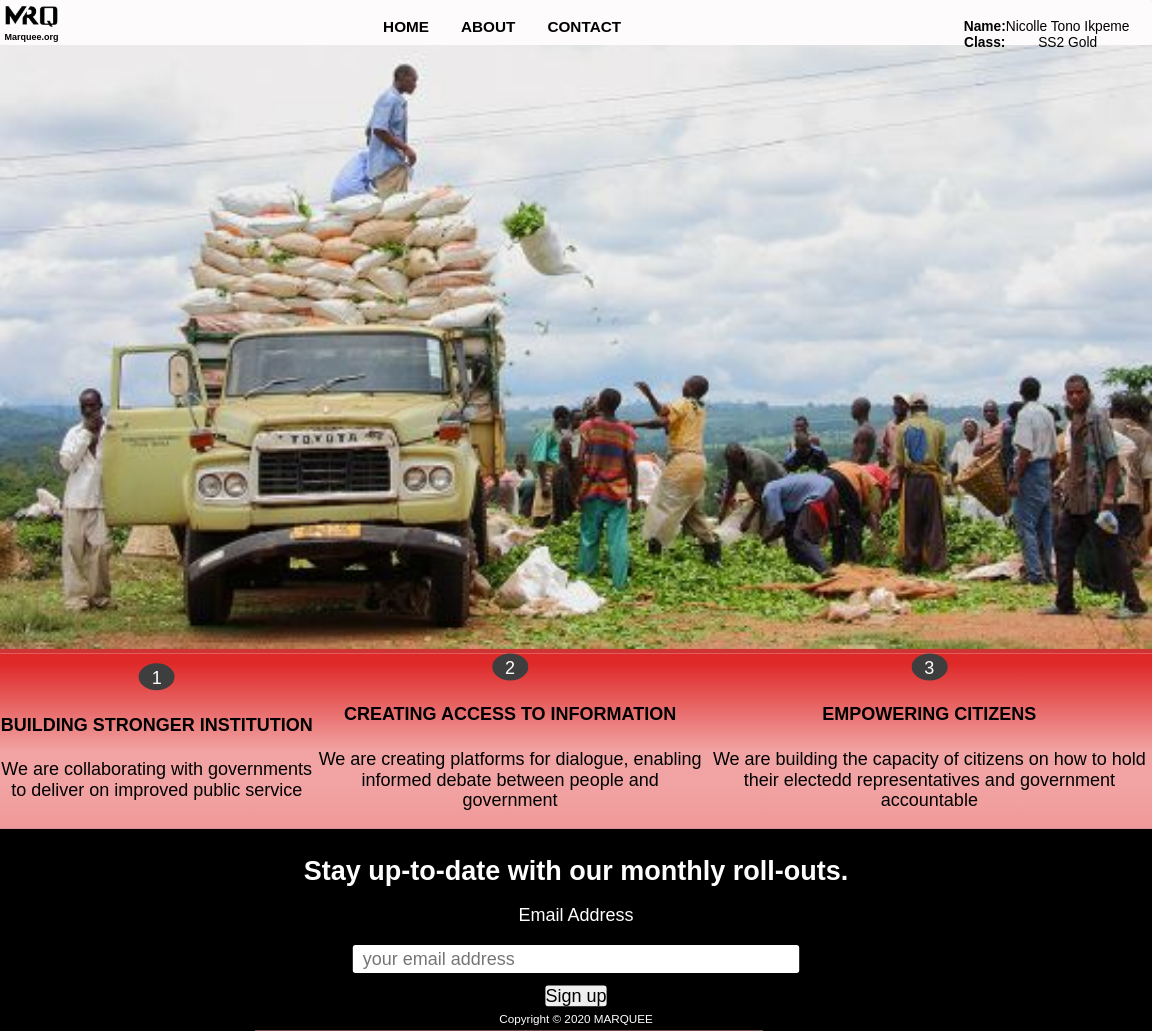
Repository: pboi18/Marquee.org
Page: home.html
An editor plug-in stored every save of this project. The page is shown before and after the next save, followed by the edit.
The browser window is 1280 px wide. The pictures show the whole page, at 90% of full size.

Above is the page before, as saved 2020-07-11 23:21:29.

After the next save:
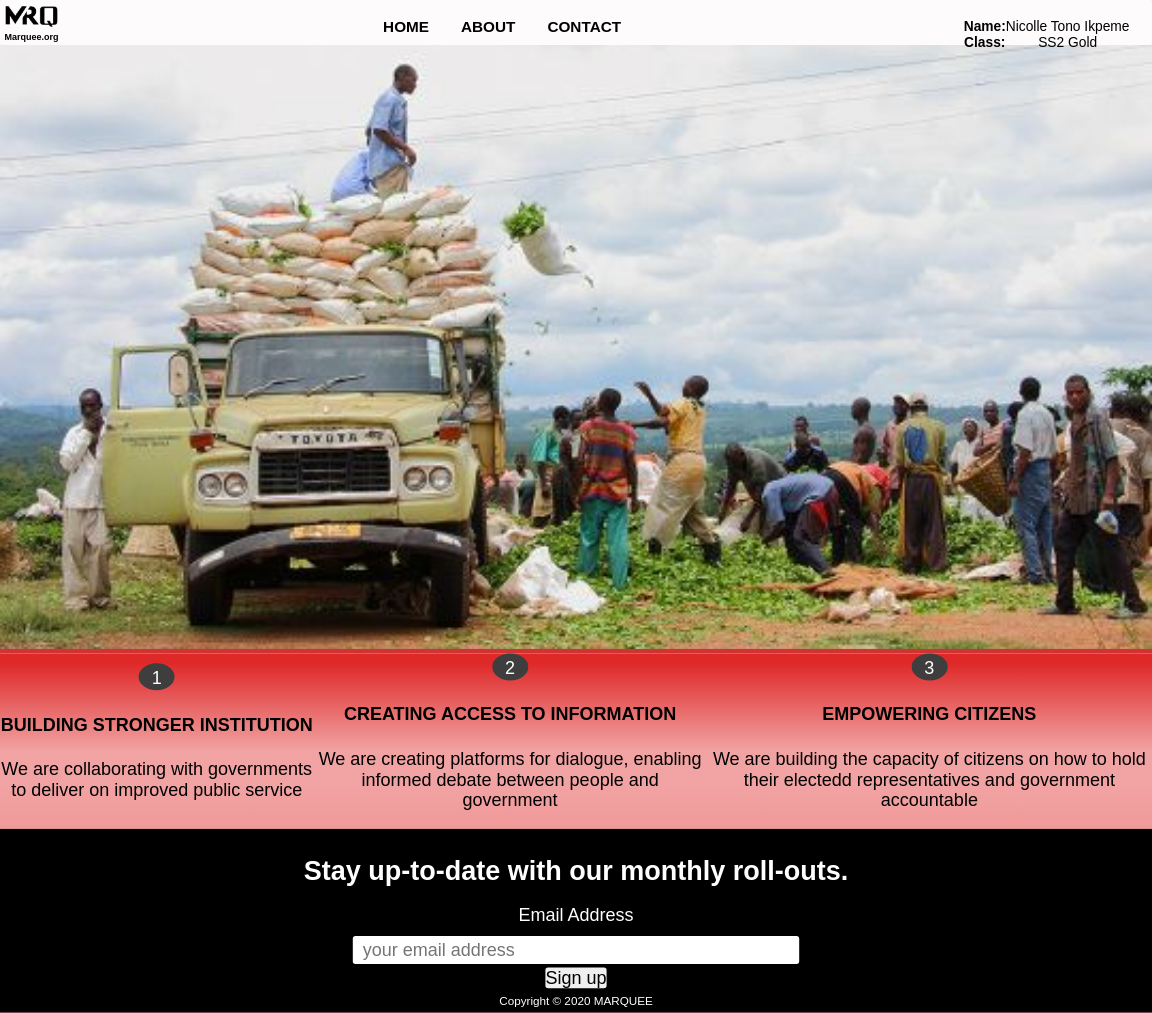
Saved 31 s later.
--- a/home.html
+++ b/home.html
@@ -102,7 +102,7 @@
 
                     <form style="text-align: center;">
                     <label style="color: white;">Email Address</label>
-                    <input type="email" name="email" placeholder="  your email address" style=" width: 500px; margin: 10px auto;" required>
+                    <input type="email" name="email" placeholder="  your email address" style=" width: 500px; margin: auto;" required>
                     <button type="submit" value="SIGN UP" name="sign up">Sign up</button>
                     </form>
                 </div>
